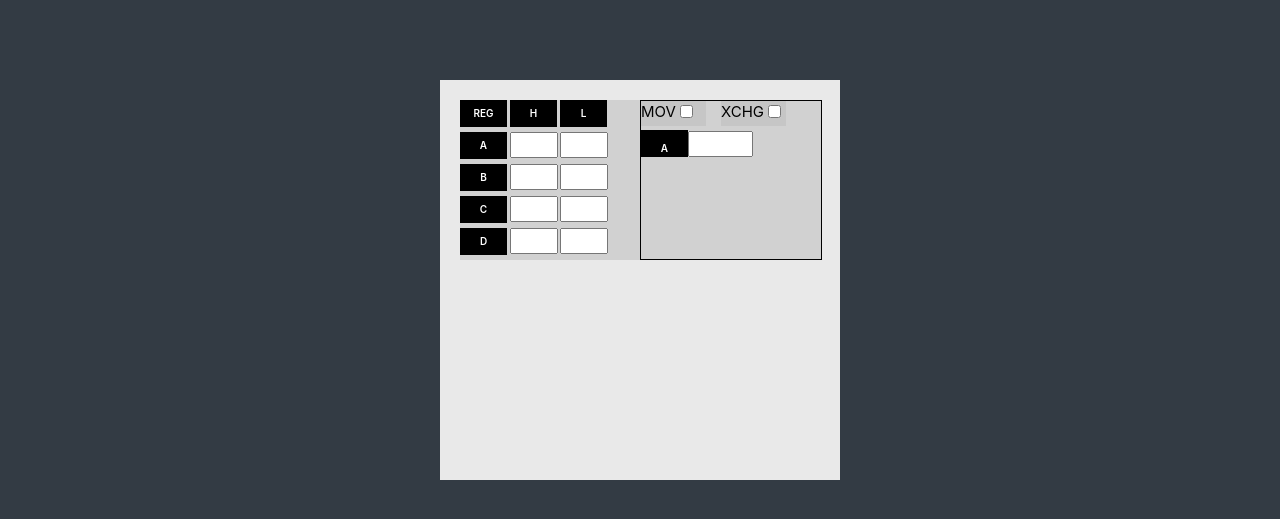
Repository: piookr-wsei/8086
Page: /
These files come from the project's save history. The page is drawn as it stood at one moment and after the next save; the edit follows.
The browser window is 1280 px wide. The pictures show the whole page.
The project was rebuilt for these pictures with package versions that can differ from the ones it lists, and the page was loaded fresh each time.

Above is the page before, as saved 2022-06-18 21:17:36.

### src/App.js
import React from 'react';
import { useState } from 'react';
import './App.css';
import { RegDesc, RegInput, RegWrapper, UiWindow, UiWrapper, SettingsWrapper, Labels, CheckWrapper, OpBox, LineWrap, NumDesc } from './Components/Components.elements';


function App() {

  const xchg="xchg";
  const mov="mov"

  const [movChecked, setMovChecked] = useState(false);

  const [xchgChecked, setXchgChecked] = useState(false);

  const [opChosen,setOpChosen] = useState(null)

  function HandleCheck(name){
    if(name=="mov"){
      setMovChecked(!movChecked)
      setXchgChecked(false)
    }
    else if(name=="xchg"){
      setXchgChecked(!xchgChecked)
      setMovChecked(false)

    }
    setOpChosen(name)
  }

function OpChange(){
  return(
    <>
    <Labels>
      <CheckWrapper>
        MOV
        <OpBox type="checkbox"  checked={movChecked} onClick={() => HandleCheck(mov)} id="MOV"/>
      </CheckWrapper>
      <CheckWrapper>
        XCHG
        <OpBox type="checkbox" checked={xchgChecked} onChange={() => HandleCheck(xchg)} id="XCHG" name="XCHG"/>
      </CheckWrapper>
    </Labels>
    </>
    )
  }







  return (
    <div className="App">
      <UiWindow>
        <UiWrapper>
          <RegWrapper>
            <RegDesc textContent={"REG"}/>  <RegDesc textContent={"H"}/>  <RegDesc textContent={"L"}/>

            <RegDesc textContent={"A"}/>  <RegInput maxLength={2}/> <RegInput maxLength={2}/>
            <RegDesc textContent={"B"}/>  <RegInput maxLength={2}/> <RegInput maxLength={2}/>
            <RegDesc textContent={"C"} />  <RegInput maxLength={2}/> <RegInput maxLength={2}/>
            <RegDesc textContent={"D"}/>  <RegInput maxLength={2}/> <RegInput maxLength={2}/>
          </RegWrapper>

          <SettingsWrapper>

              <OpChange/>

              <LineWrap>
              <NumDesc textContent={"A"}/>  <RegInput maxLength={2} style={{width:"57px"}}/>
              </LineWrap>
          </SettingsWrapper>



        </UiWrapper>
      </UiWindow>

    </div>
  );
}

export default App;

### src/App.css
body{
  height: 100%;
  background: rgba(1, 10, 22, 0.8);
}
.App {

}

.App-logo {
  height: 40vmin;
  pointer-events: none;
}

@media (prefers-reduced-motion: no-preference) {
  .App-logo {
    animation: App-logo-spin infinite 20s linear;
  }
}

.App-header {
  background-color: #282c34;
  min-height: 100vh;
  display: flex;
  flex-direction: column;
  align-items: center;
  justify-content: center;
  font-size: calc(10px + 2vmin);
  color: white;
}

.App-link {
  color: #61dafb;
}

@keyframes App-logo-spin {
  from {
    transform: rotate(0deg);
  }
  to {
    transform: rotate(360deg);
  }
}

### src/Components/Components.elements.js
import styled from "styled-components";

export const UiWindow = styled.div`
    height: 400px;
    width: 400px;
    background: rgb(233,233,233);
    position: relative;
    margin: auto;
    top: 80px;
`

export const UiWrapper = styled.div`
    border: 20px solid transparent;
    display: grid;
    grid-template-columns: 1fr 1fr;
`

export const RegWrapper = styled.div`
    width: 180px;
    background: rgba(0,0,0,0.1);
    position: relative;
    left: 0;
    display: grid;
    grid-template-columns: 50px 50px 50px;
`

export const RegInput = styled.input`
    height: 20px;
    width: 40px;
    margin-bottom:5px;
    text-align: center;
`

export const SettingsWrapper = styled.div`
    width: 180px;
    background: rgba(0,0,0,0.1);
    position: relative;
    right: 0;
    display: grid;
    grid-template-columns: 180px;
    border: solid 1px black;
    font-size: 15px;
    line-height: 22px;
    grid-template-rows: repeat(auto-fit,30px);

`

export const RegDescSC = styled.div`
    height: 27px;
    width: 47px;
    background: black;
    margin-bottom:5px;
    color: white;
    font-weight: 600;
`

export const DescText = styled.p`
    font-size: 10px;
    text-align: center;
    position: relative;
    top: -3px;
`

export function RegDesc(props){
    return(
        <RegDescSC>
            <DescText>{props.textContent}</DescText>
        </RegDescSC>
    )
}

export const Labels = styled.div`
    display: grid;
    grid-template-columns: 80px 80px;
`

export const CheckWrapper = styled.div`
    background: rgba(0,0,0,0.05);
    width: 65px;
    height: 25px;
`

export const OpBox = styled.input`
    vertical-align: "middle";
    position: relative;
    top: 1px;
`

export const LineWrap = styled.div`
    width: 180px;
    display: flex;
    align-items: center;
`

export const NumSC = styled.div`
    width: 80px;
`

export function NumDesc(props){
    return(
        <RegDescSC>
            <DescText>{props.textContent}</DescText>
        </RegDescSC>
    )
}

Loaded but not shown: public/index.html (common file); src/index.js (common file); src/index.css (common file); src/reportWebVitals.js (common file)

After the next save:
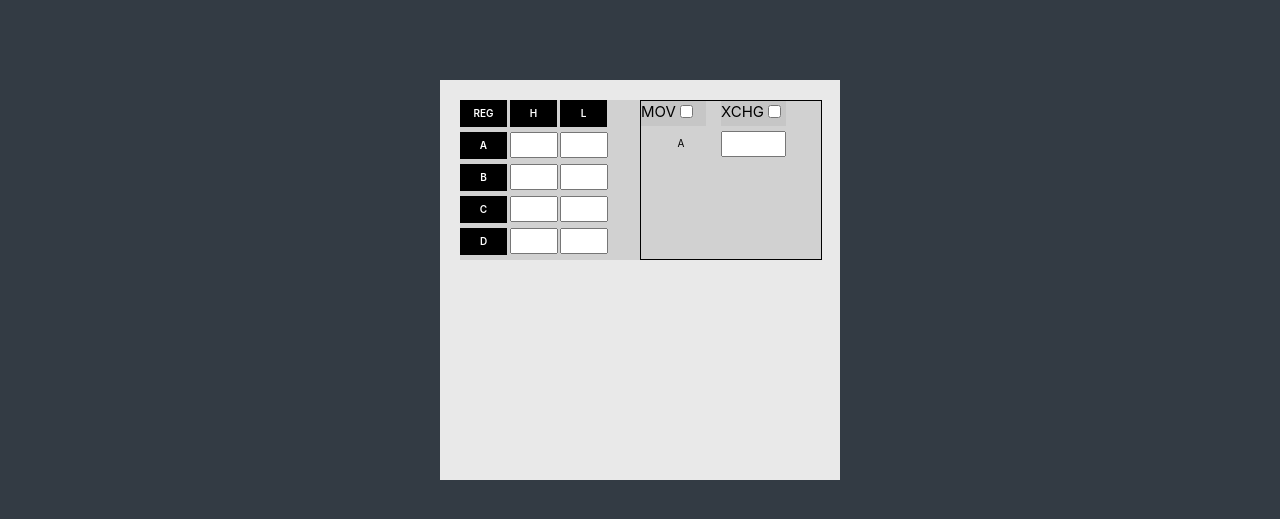
Saved 21 s later.
--- a/src/Components/Components.elements.js
+++ b/src/Components/Components.elements.js
@@ -98,8 +98,8 @@ export const NumSC = styled.div`
 
 export function NumDesc(props){
     return(
-        <RegDescSC>
+        <NumSC>
             <DescText>{props.textContent}</DescText>
-        </RegDescSC>
+        </NumSC>
     )
 }
